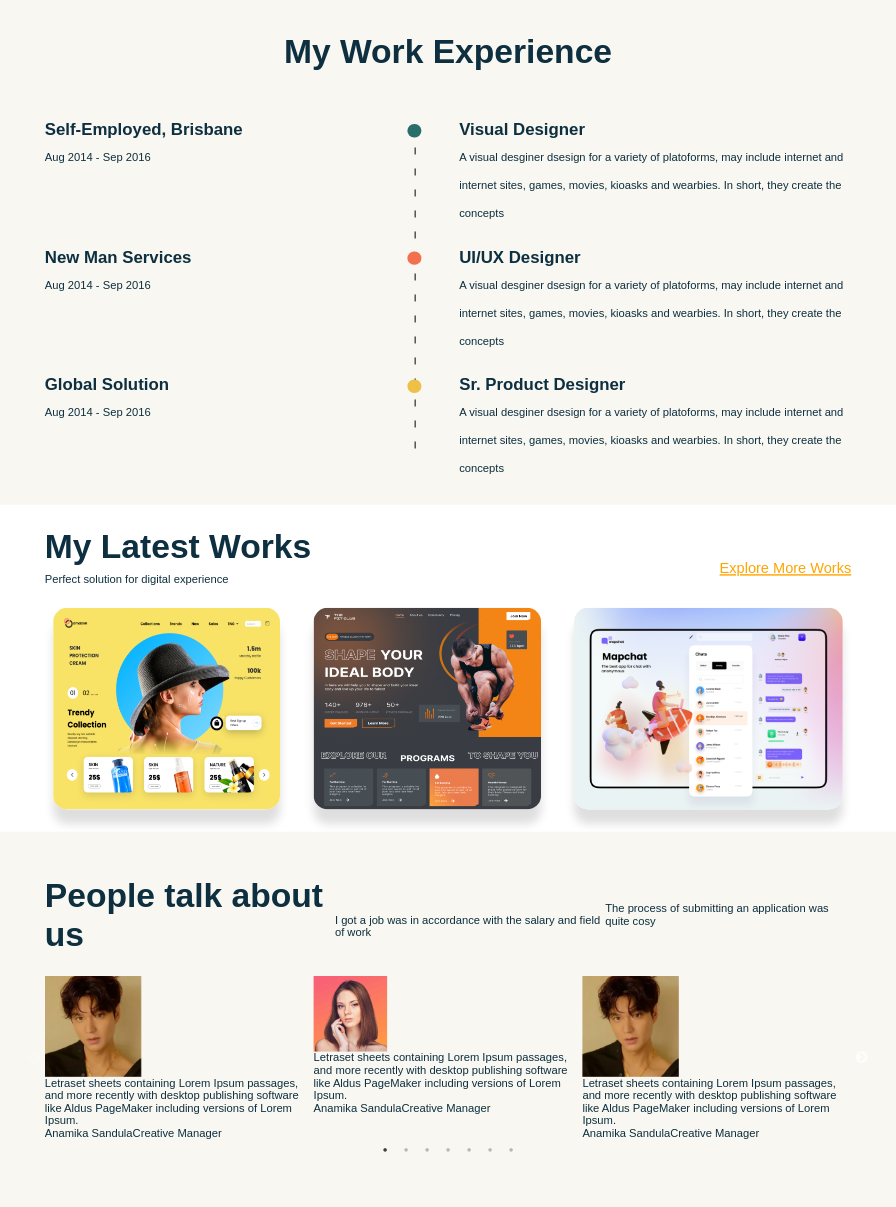
Repository: davedeguia/framer-motion-portfolio
Page: /
An editor plug-in stored every save of this project. The page is shown before and after the next save, followed by the edit.
The browser window is 1280 px wide. The pictures show the part of the page from y = 1166 to 3086 px (the page is 2890 px tall before and 3086 px after), at 70% of full size.
Some web fonts or font styles are not loaded; a fallback is used. Some web libraries are served in a nearby version. The project was rebuilt for these pictures with package versions that can differ from the ones it lists, and the page was loaded fresh each time. Also part of the build but not shown: vite.config.js.

Above is the page before, as saved 2023-02-10 23:17:35.

After the next save:
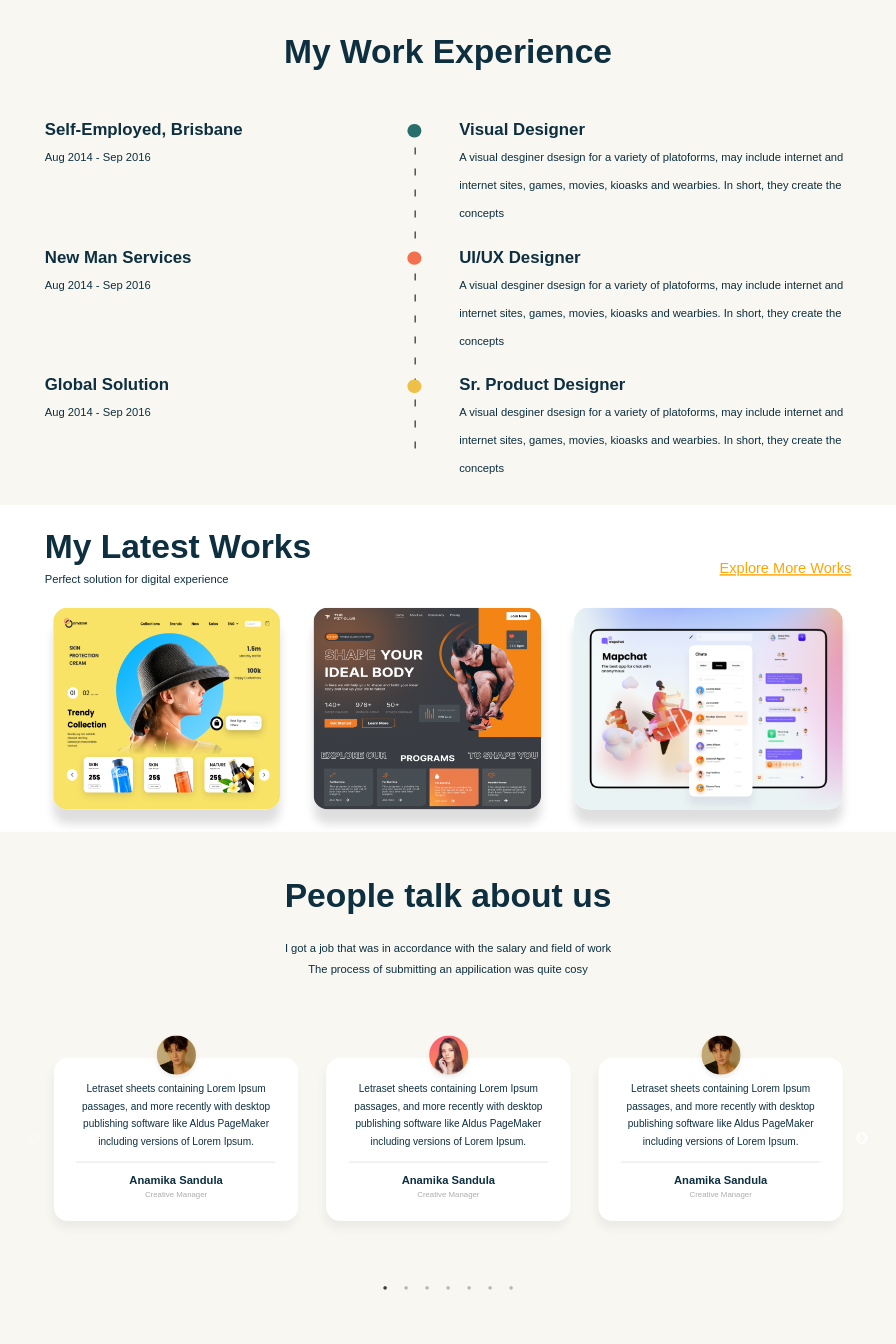
Saved 68 s later.
--- a/src/components/People/People.jsx
+++ b/src/components/People/People.jsx
@@ -1,10 +1,9 @@
 import React from 'react'
+import { comments, sliderSettings } from '../../utils/data'
 import css from './People.module.scss'
+import Slider from 'react-slick'
 import { motion } from 'framer-motion'
-import { staggerChildren } from '../../utils/motion.js'
-import Slider from 'react-slick'
-import { comments, sliderSettings } from '../../utils/data.js'
-
+import { footerVariants, staggerChildren } from '../../utils/motion'
 const People = () => {
   return (
     <motion.section
@@ -12,21 +11,26 @@
       initial='hidden'
       whileInView='show'
       viewport={{ once: false, amount: 0.25 }}
+      section
       className={`paddings ${css.wrapper}`}
     >
-      <div className={`yPaddings innerWidth ${css.wrapper}`}>
+      <a className='anchor' id='people'></a>
+
+      <motion.div
+        variants={footerVariants}
+        className={`yPaddings innerWidth ${css.container}`}
+      >
         <div className={`flexCenter ${css.heading}`}>
           <span className='primaryText'>People talk about us</span>
           <p style={{ marginTop: '2rem' }}>
-            I got a job was in accordance with the salary and field of work
+            I got a job that was in accordance with the salary and field of work
           </p>
-          <p>The process of submitting an application was quite cosy</p>
+          <p>The process of submitting an appilication was quite cosy</p>
         </div>
 
-        {/* carousel */}
-
         <div className={`yPaddings ${css.comments}`}>
-          <Slider className={css.slider} {...sliderSettings}>
+          {/* to use slider , we have to inlcude css in index.html head */}
+          <Slider {...sliderSettings} className={css.slider}>
             {comments.map((comment, i) => {
               return (
                 <div className={`flexCenter ${css.comment}`}>
@@ -42,7 +46,7 @@
             })}
           </Slider>
         </div>
-      </div>
+      </motion.div>
     </motion.section>
   )
 }

After the save that followed:
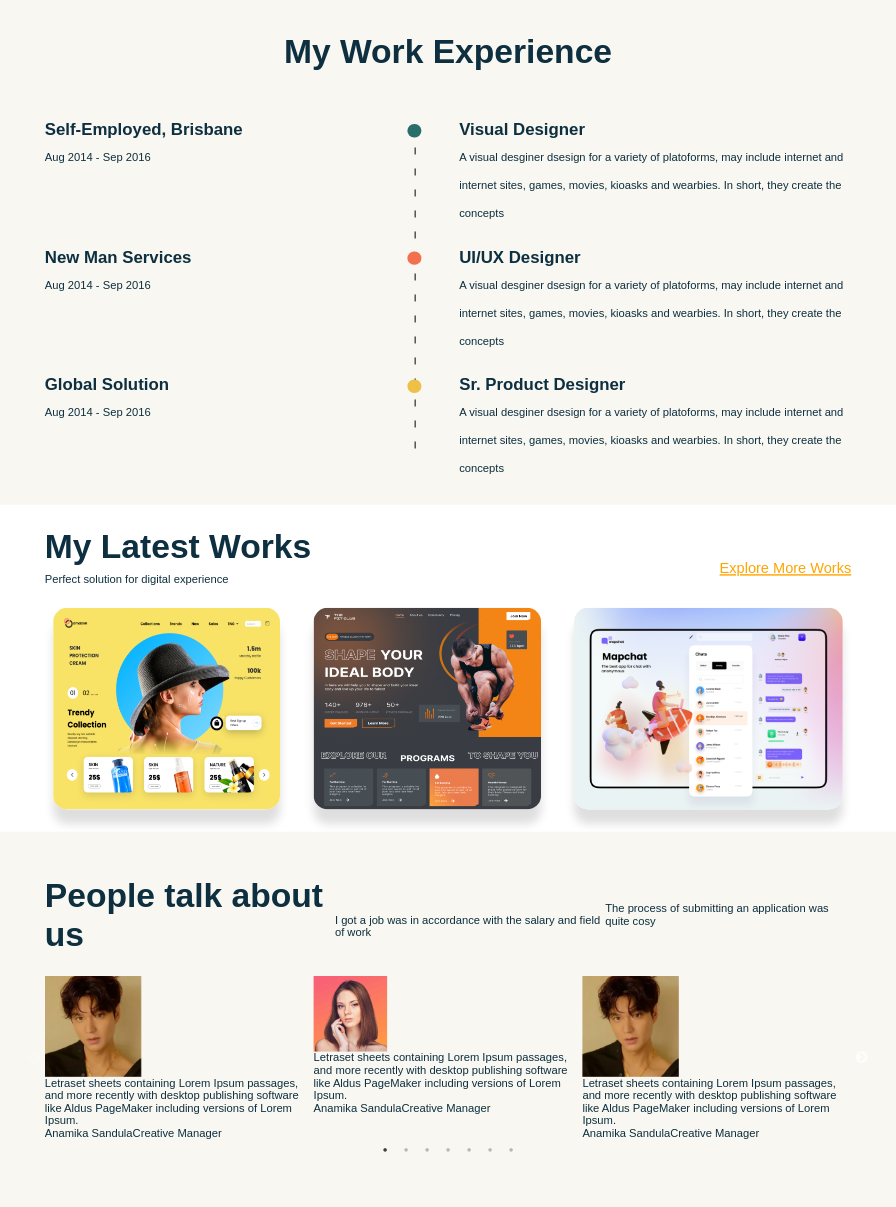
Saved 70 s later.
--- a/src/components/People/People.jsx
+++ b/src/components/People/People.jsx
@@ -1,9 +1,10 @@
 import React from 'react'
-import { comments, sliderSettings } from '../../utils/data'
 import css from './People.module.scss'
+import { motion } from 'framer-motion'
+import { staggerChildren } from '../../utils/motion.js'
 import Slider from 'react-slick'
-import { motion } from 'framer-motion'
-import { footerVariants, staggerChildren } from '../../utils/motion'
+import { comments, sliderSettings } from '../../utils/data.js'
+
 const People = () => {
   return (
     <motion.section
@@ -11,26 +12,21 @@
       initial='hidden'
       whileInView='show'
       viewport={{ once: false, amount: 0.25 }}
-      section
       className={`paddings ${css.wrapper}`}
     >
-      <a className='anchor' id='people'></a>
-
-      <motion.div
-        variants={footerVariants}
-        className={`yPaddings innerWidth ${css.container}`}
-      >
+      <div className={`yPaddings innerWidth ${css.wrapper}`}>
         <div className={`flexCenter ${css.heading}`}>
           <span className='primaryText'>People talk about us</span>
           <p style={{ marginTop: '2rem' }}>
-            I got a job that was in accordance with the salary and field of work
+            I got a job was in accordance with the salary and field of work
           </p>
-          <p>The process of submitting an appilication was quite cosy</p>
+          <p>The process of submitting an application was quite cosy</p>
         </div>
 
+        {/* carousel */}
+
         <div className={`yPaddings ${css.comments}`}>
-          {/* to use slider , we have to inlcude css in index.html head */}
-          <Slider {...sliderSettings} className={css.slider}>
+          <Slider className={css.slider} {...sliderSettings}>
             {comments.map((comment, i) => {
               return (
                 <div className={`flexCenter ${css.comment}`}>
@@ -46,7 +42,7 @@
             })}
           </Slider>
         </div>
-      </motion.div>
+      </div>
     </motion.section>
   )
 }
